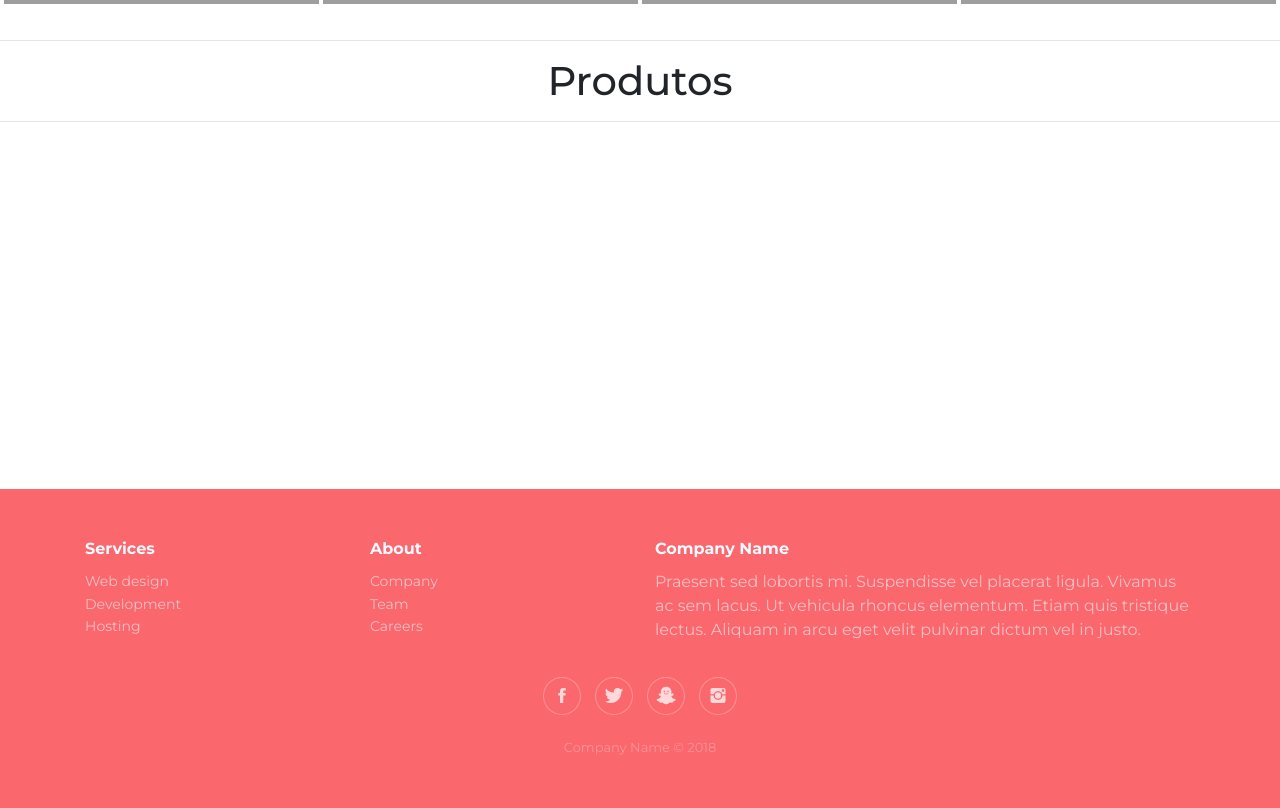
Repository: mateus-henrique-silva/SiteJonas
Page: index.html
These files come from the project's save history. The page is drawn as it stood at one moment and after the next save; the edit follows.
The browser window is 1280 px wide. The pictures show the part of the page from y = 1267 to 2219 px (the page is 2075 px tall before and 2219 px after).
Pictures or frames that could not be fetched are drawn as grey boxes. Some web libraries are served in a nearby version.

Above is the page before, as saved 2022-07-21 12:10:20.

### index.html
<!DOCTYPE html>
<html lang="en">

<head>
    <meta charset="UTF-8">
    <meta http-equiv="X-UA-Compatible" content="IE=edge">
    <meta name="viewport" content="width=device-width, initial-scale=1.0">
    <link rel="stylesheet" href="./src//style/body.css">
    <link href="https://fonts.googleapis.com/css2?family=Raleway:wght@400&display=swap" rel="stylesheet">
    <link rel="stylesheet" href="https://cdnjs.cloudflare.com/ajax/libs/twitter-bootstrap/4.1.3/css/bootstrap.min.css">
    <link rel="stylesheet" href="https://cdnjs.cloudflare.com/ajax/libs/ionicons/2.0.1/css/ionicons.min.css">
    <link rel="stylesheet" href="./src/style/gallery/gallery.css">
    <link rel="stylesheet" href="./src/style/Nav/navBar.css">
    <link rel="stylesheet" href="./src/style/Footer/footer.css">
    <link rel="stylesheet" href="./src/style/Product/product.css">
    <title>Rabisco - papelaria</title>
</head>

<body>
    <header>
        <nav >
        <a class="logo"><img src="./src/assets/images/logo.png" width="110" height="35" alt="" /></a>
        <div class="mobile-menu">
            <div class="line1"></div>
            <div class="line2"></div>
            <div class="line3"></div>

        </div>
    <ul class="nav-list">
        <li><a href="#">Texto</a></li>
        <li><a href="#">Texto</a></li>
        <li><a href="#">Texto</a></li>
        <!-- <li><a href="#time">Horarios</a></li> -->
    </ul>
    <ul><li style="list-style:none; font-size:10px; "><a href="#" style="font-size:12px; padding:10px; font-family: arial; color:white;" onclick="openForm()" class="contact-header">Entre em contato</a></li></ul>

    </nav>
    </header>
    <main>
        <div class="gallery">
            <div class="gallery__column">
                <a href="https://unsplash.com/@jeka_fe" target="_blank" class="gallery__link">
                    <figure class="gallery__thumb">
                        <img src="https://source.unsplash.com/_cvwXhGqG-o/300x300" alt="Portrait by Jessica Felicio"
                            class="gallery__image">
                        <figcaption class="gallery__caption">Portrait by Jessica Felicio</figcaption>
                    </figure>
                </a>

                <a href="https://unsplash.com/@oladimeg" target="_blank" class="gallery__link">
                    <figure class="gallery__thumb">
                        <img src="https://source.unsplash.com/AHBvAIVqk64/300x500" alt="Portrait by Oladimeji Odunsi"
                            class="gallery__image">
                        <figcaption class="gallery__caption">Portrait by Oladimeji Odunsi</figcaption>
                    </figure>
                </a>

                <a href="https://unsplash.com/@a2eorigins" target="_blank" class="gallery__link">
                    <figure class="gallery__thumb">
                        <img src="https://source.unsplash.com/VLPLo-GtrIE/300x300" alt="Portrait by Alex Perez"
                            class="gallery__image">
                        <figcaption class="gallery__caption">Portrait by Alex Perez</figcaption>
                    </figure>
                </a>
            </div>

            <div class="gallery__column">
                <a href="https://unsplash.com/@noahbuscher" target="_blank" class="gallery__link">
                    <figure class="gallery__thumb">
                        <img src="https://source.unsplash.com/AR7aumwKr2s/300x300" alt="Portrait by Noah Buscher"
                            class="gallery__image">
                        <figcaption class="gallery__caption">Portrait by Noah Buscher</figcaption>
                    </figure>
                </a>

                <a href="https://unsplash.com/@von_co" target="_blank" class="gallery__link">
                    <figure class="gallery__thumb">
                        <img src="https://source.unsplash.com/dnL6ZIpht2s/300x300" alt="Portrait by Ivana Cajina"
                            class="gallery__image">
                        <figcaption class="gallery__caption">Portrait by Ivana Cajina</figcaption>
                    </figure>
                </a>

                <a href="https://unsplash.com/@samburriss" target="_blank" class="gallery__link">
                    <figure class="gallery__thumb">
                        <img src="https://source.unsplash.com/tV_1sC603zA/300x500" alt="Portrait by Sam Burriss"
                            class="gallery__image">
                        <figcaption class="gallery__caption">Portrait by Sam Burriss</figcaption>
                    </figure>
                </a>
            </div>

            <div class="gallery__column">
                <a href="https://unsplash.com/@marilezhava" target="_blank" class="gallery__link">
                    <figure class="gallery__thumb">
                        <img src="https://source.unsplash.com/Xm9-vA_bhm0/300x500" alt="Portrait by Mari Lezhava"
                            class="gallery__image">
                        <figcaption class="gallery__caption">Portrait by Mari Lezhava</figcaption>
                    </figure>
                </a>

                <a href="https://unsplash.com/@ethanhaddox" target="_blank" class="gallery__link">
                    <figure class="gallery__thumb">
                        <img src="https://source.unsplash.com/NTjSR3zYpsY/300x300" alt="Portrait by Ethan Haddox"
                            class="gallery__image">
                        <figcaption class="gallery__caption">Portrait by Ethan Haddox</figcaption>
                    </figure>
                </a>

                <a href="https://unsplash.com/@mr_geshani" target="_blank" class="gallery__link">
                    <figure class="gallery__thumb">
                        <img src="https://source.unsplash.com/2JH8d3ChNec/300x300" alt="Portrait by Amir Geshani"
                            class="gallery__image">
                        <figcaption class="gallery__caption">Portrait by Amir Geshani</figcaption>
                    </figure>
                </a>
            </div>

            <div class="gallery__column">
                <a href="https://unsplash.com/@frxgui" target="_blank" class="gallery__link">
                    <figure class="gallery__thumb">
                        <img src="https://source.unsplash.com/FQhLLehm4dk/300x300" alt="Portrait by Guilian Fremaux"
                            class="gallery__image">
                        <figcaption class="gallery__caption">Portrait by Guilian Fremaux</figcaption>
                    </figure>
                </a>

                <a href="https://unsplash.com/@majestical_jasmin" target="_blank" class="gallery__link">
                    <figure class="gallery__thumb">
                        <img src="https://source.unsplash.com/OQd9zONSx7s/300x300" alt="Portrait by Jasmin Chew"
                            class="gallery__image">
                        <figcaption class="gallery__caption">Portrait by Jasmin Chew</figcaption>
                    </figure>
                </a>

                <a href="https://unsplash.com/@dimadallacqua" target="_blank" class="gallery__link">
                    <figure class="gallery__thumb">
                        <img src="https://source.unsplash.com/XZkEhowjx8k/300x500" alt="Portrait by Dima DallAcqua"
                            class="gallery__image">
                        <figcaption class="gallery__caption">Portrait by Dima DallAcqua</figcaption>
                    </figure>
                </a>
            </div>
        </div>
        <hr>
        <section  class="section_product">

           <div class="product">
                <h1>Produtos</h1>
                <hr>

           </div>
        </section>
    </main>
    <div class="footer-dark">
        <footer>
            <div class="container">
                <div class="row">
                    <div class="col-sm-6 col-md-3 item">
                        <h3>Services</h3>
                        <ul>
                            <li><a href="#">Web design</a></li>
                            <li><a href="#">Development</a></li>
                            <li><a href="#">Hosting</a></li>
                        </ul>
                    </div>
                    <div class="col-sm-6 col-md-3 item">
                        <h3>About</h3>
                        <ul>
                            <li><a href="#">Company</a></li>
                            <li><a href="#">Team</a></li>
                            <li><a href="#">Careers</a></li>
                        </ul>
                    </div>
                    <div class="col-md-6 item text">
                        <h3>Company Name</h3>
                        <p>Praesent sed lobortis mi. Suspendisse vel placerat ligula. Vivamus ac sem lacus. Ut vehicula
                            rhoncus elementum. Etiam quis tristique lectus. Aliquam in arcu eget velit pulvinar dictum
                            vel in justo.</p>
                    </div>
                    <div class="col item social"><a href="#"><i class="icon ion-social-facebook"></i></a><a href="#"><i
                                class="icon ion-social-twitter"></i></a><a href="#"><i
                                class="icon ion-social-snapchat"></i></a><a href="#"><i
                                class="icon ion-social-instagram"></i></a></div>
                </div>
                <p class="copyright">Company Name © 2018</p>
            </div>
        </footer>
    </div>
    <script src="https://cdnjs.cloudflare.com/ajax/libs/jquery/3.2.1/jquery.min.js"></script>
    <script src="https://cdnjs.cloudflare.com/ajax/libs/twitter-bootstrap/4.1.3/js/bootstrap.bundle.min.js"></script>
    <script src="./src/script/NavBar/script.js"></script>
</body>

</html>

### src/style/body.css
@import url('https://fonts.googleapis.com/css2?family=Cinzel:wght@400;500;600;700;800;900&family=Montserrat:ital,wght@0,100;0,200;0,300;0,400;0,500;0,600;0,700;0,800;0,900;1,100;1,200;1,300;1,400;1,500;1,600;1,700;1,800;1,900&family=Roboto:ital,wght@0,300;0,400;0,500;0,700;0,900;1,100;1,300;1,400;1,500;1,700;1,900&display=swap');

* {
    margin: 0;
    border: 0;
    font-family: 'Montserrat', sans-serif;
}

a {
    text-decoration: none;
}

### src/style/gallery/gallery.css
.gallery {
    display: flex;
    padding: 2px;
    transition: 0.3s;
}

.gallery:hover .gallery__image {
    filter: grayscale(1);
}

.gallery__column {
    display: flex;
    flex-direction: column;
    width: 25%;
}

.gallery__link {
    margin: 2px;
    overflow: hidden;
}

.gallery__link:hover .gallery__image {
    filter: grayscale(0);
}

.gallery__link:hover .gallery__caption {
    opacity: 1;
}

.gallery__thumb {
    position: relative;
}

.gallery__image {
    display: block;
    width: 100%;
    transition: 0.3s;
}

.gallery__image:hover {
    transform: scale(1.1);
}

.gallery__caption {
    position: absolute;
    bottom: 0;
    left: 0;
    padding: 25px 15px 15px;
    width: 100%;
    font-family: "Raleway", sans-serif;
    font-size: 16px;
    color: white;
    opacity: 0;
    background: linear-gradient(0deg, rgba(0, 0, 0, 0.5) 0%, rgba(255, 255, 255, 0) 100%);
    transition: 0.3s;
}

### src/style/Nav/navBar.css
header {
  z-index: 1;
  width: 100%;
  background-color: #fa676d;
  margin-top: 0;
}
a {
  color: black;
  text-decoration: none;
  transition: 0.3s;
}

a:hover {
  opacity: 0.7;
}

.logo {
  align-items: center;
  width: 6%;

  text-transform: uppercase;
  letter-spacing: 4px;
}
.logo img{
    width: 150px;
}


nav {
  display: flex;
  z-index: 1;


  width: 100%;

  justify-content: space-around;
  align-items: center;
  background-color: #fa676d;
  height: 10vh;
}

main {
  width: 100%;

  background-size: cover;
}
.nav-list {
  text-align: center;
  justify-content: center;
  list-style: none;
  display: flex;
  z-index: 1;
}

.nav-list li {
  letter-spacing: 3px;
  margin-left: 32px;
}
.nav-list li a {
  color: white;
}
.nav-list li a:hover {
  color: #eccdd3;
}

.mobile-menu {
  display: none;
  margin-left: 80px;
  cursor: pointer;
}

.mobile-menu div {
  transition: 0.3s;

  width: 32px;
  height: 3px;
  border-radius: 100px;
  background: white;
  margin: 8px;
}

@media (max-width: 950px) {
  body {
    overflow-x: hidden;
  }

  .nav-list {
    position: absolute;
    top: 7vh;
    margin-top:10px;
    right: 0;
    width: 100vw;
    height: 100vh;
    background-color: #fa676d;
    flex-direction: column;
    color: white;
    align-items: center;
    display: none;
    transition: 0.3s ease-in;
    justify-content: space-around;
    transform: translateX(100%);
  }

  .nav-list li {
    margin-left: 0;
    opacity: 0;
  }

  .mobile-menu {
    display: block;
  }
  .contact-header {
    display: none;
  }

  .logo {
    width: 60%;
  }
}

.nav-list.active {
  transition: 0.3s;
  overflow-y: hidden;
  transform: translateX(0);
  display: flex;
}

.nav-list.active li {
  color: white;
}

@keyframes navLinkFade {
  from {
    opacity: 0;
    transform: translateX(50px);
  }

  to {
    opacity: 1;
    transform: translateX(0);
  }
}
.mobile-menu.active .line1 {
  transform: rotate(-45deg) translate(-8px, 8px);
  background: #f1c602;
}

.mobile-menu.active .line2 {
  opacity: 0;
}

.mobile-menu.active .line3 {
  transform: rotate(45deg) translate(-5px, -7px);
  background: #f1c602;
}

### src/style/Footer/footer.css
.footer-dark {
    padding: 50px 0;
    color: #f0f9ff;
    background-color: #fa676d;
}

.footer-dark h3 {
    margin-top: 0;
    margin-bottom: 12px;
    font-weight: bold;
    font-size: 16px;
}

.footer-dark ul {
    padding: 0;
    list-style: none;
    line-height: 1.6;
    font-size: 14px;
    margin-bottom: 0;
}

.footer-dark ul a {
    color: inherit;
    text-decoration: none;
    opacity: 0.6;
}

.footer-dark ul a:hover {
    opacity: 0.8;
}

@media (max-width:767px) {
    .footer-dark .item:not(.social) {
        text-align: center;
        padding-bottom: 20px;
    }
}

.footer-dark .item.text {
    margin-bottom: 36px;
}

@media (max-width:767px) {
    .footer-dark .item.text {
        margin-bottom: 0;
    }
}

.footer-dark .item.text p {
    opacity: 0.6;
    margin-bottom: 0;
}

.footer-dark .item.social {
    text-align: center;
}

@media (max-width:991px) {
    .footer-dark .item.social {
        text-align: center;
        margin-top: 20px;
    }
}

.footer-dark .item.social>a {
    font-size: 20px;
    width: 36px;
    height: 36px;
    line-height: 36px;
    display: inline-block;
    text-align: center;
    border-radius: 50%;
    box-shadow: 0 0 0 1px rgba(255, 255, 255, 0.4);
    margin: 0 8px;
    color: #fff;
    opacity: 0.75;
}

.footer-dark .item.social>a:hover {
    opacity: 0.9;
}

.footer-dark .copyright {
    text-align: center;
    padding-top: 24px;
    opacity: 0.3;
    font-size: 13px;
    margin-bottom: 0;
}

/* https: //epicbootstrap.com/snippets/footer-dark */

### src/style/Product/product.css
.product{
    width: 100%;
}
.product h1 {
    text-align: center;

}

.section_product{
    width: 100%;
    height:60vh;
}

### src/script/NavBar/script.js
class MobileNavbar {
  constructor(mobileMenu, navList, navLinks) {
    this.mobileMenu = document.querySelector(mobileMenu);
    this.navList = document.querySelector(navList);
    this.navLinks = document.querySelectorAll(navLinks);
    this.activeClass = "active";
    this.hadleClick = this.hadleClick.bind(this);
  }

  animateLinks() {
    this.navLinks.forEach((link, index) => {
      var calc = index / 7 + 0.3;

      link.style.animation
        ? (link.style.animation = "")
        : (link.style.animation = `navLinkFade 0.5s ease forwards ${calc}s`);
    });
  }

  hadleClick() {
    this.navList.classList.toggle(this.activeClass);
    this.mobileMenu.classList.toggle(this.activeClass);
    this.animateLinks();
  }

  addClickEvent() {
    this.mobileMenu.addEventListener("click", this.hadleClick);
  }

  init() {
    if (this.mobileMenu) {
      this.addClickEvent();
    }
    return this;
  }
}

const mobileNavbar = new MobileNavbar(
  ".mobile-menu",

  ".nav-list",

  ".nav-list li"
);

mobileNavbar.init();

After the next save:
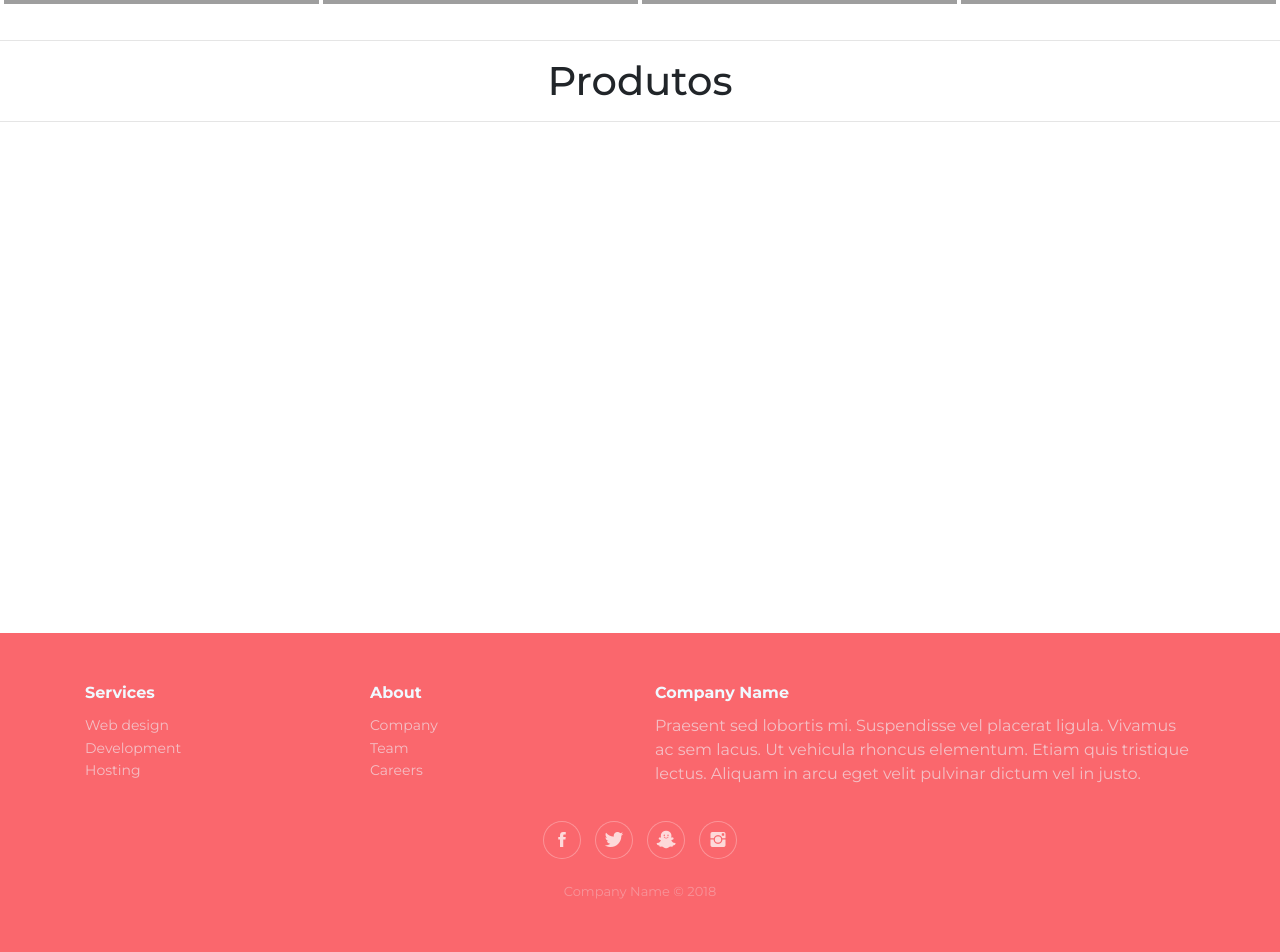
Saved 13 s later.
--- a/src/style/Product/product.css
+++ b/src/style/Product/product.css
@@ -8,5 +8,5 @@
 
 .section_product{
     width: 100%;
-    height:60vh;
+    height:80vh;
 }
